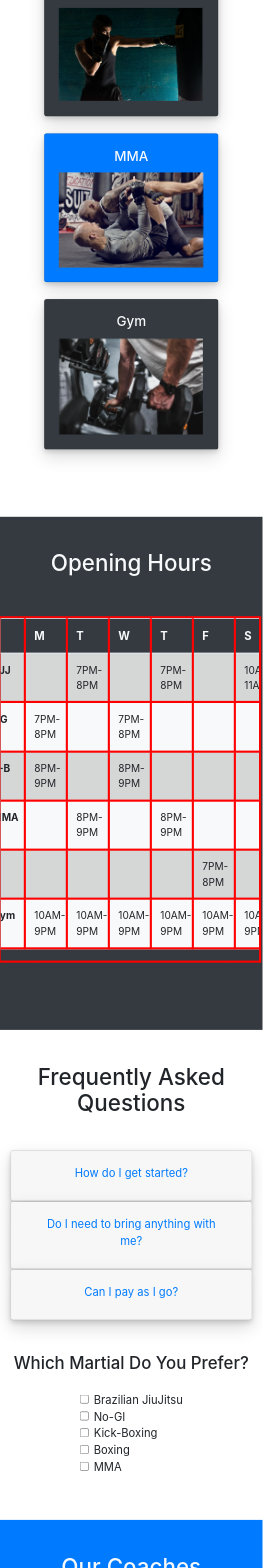
Repository: IonPara/Just-Fight
Page: index.html
The author's editor kept a copy of each file at every save. The page is drawn from the files as they stood at one save, then again after the next save.
The browser window is 375 px wide. The pictures show the part of the page from y = 1515 to 3755 px (the page is 6091 px tall), at 70% of full size.
Some web libraries are served in a nearby version.

Above is the page before, as saved 2023-03-13 16:02:47.

### index.html
<!DOCTYPE html>
<html lang="en">

<head>
  <meta charset="utf-8">
  <meta name="viewport" content="width=device-width, initial-scale=1.0">
  <title>Just Fight</title>
  <link href="./Styles/styles.css" rel="stylesheet" type="text/css">

  <!-- Bootstrap Link -->
  <link rel="stylesheet" href="https://cdn.jsdelivr.net/npm/bootstrap@4.2.1/dist/css/bootstrap.min.css"
    integrity="sha384-GJzZqFGwb1QTTN6wy59ffF1BuGJpLSa9DkKMp0DgiMDm4iYMj70gZWKYbI706tWS" crossorigin="anonymous">
</head>

<body>
  <header>

    <!-- ------------Nav bar ------------------------>
    <nav class="navbar navbar-expand-lg navbar-dark bg-dark fixed-top">
      <div class="container pb-4 mr-5">
        <a class="navbar-brand mt-3" id="brand" href="#"><span class="text-primary">Just </span> Fight</a>
        <button class="navbar-toggler" type="button" data-toggle="collapse" data-target="#navbarSupportedContent"
          aria-controls="navbarSupportedContent" aria-expanded="false" aria-label="Toggle navigation">
          <span class="navbar-toggler-icon"></span>
        </button>
      </div>

      <div class="collapse navbar-collapse" id="navbarSupportedContent">
        <ul class="navbar-nav justify-content-end">
          <li class="nav-item active">
            <a class="nav-link" href="#">Home <span class="sr-only">(current)</span></a>
          </li>
          <li class="nav-item">
            <a class="nav-link" href="#ourClasses">Classes</a>
          </li>
          <li class="nav-item">
            <a class="nav-link" href="#openingHours">Opening</a>
          </li>
          <li class="nav-item">
            <a class="nav-link" href="#coaches">Coaches</a>
          </li>
          <li class="nav-item">
            <a class="nav-link" href="#contact">Contact</a>
          </li>
          <li class="nav-item">
            <a class="nav-link" href="./about.html">About</a>
          </li>
          <li class="nav-item">
            <a class="nav-link" href="./plans.html">Join</a>
          </li>
          <li class="nav-item">
            <a class="nav-link" href="./review.html">Review</a>
          </li>
        </ul>
      </div>
    </nav>
  </header>

  <!-- ------------------------Join Club Top section  --------------- -->
  <section class="text-light pt-5 text-center text-sm-start top-section transition-fade" id="swup">
    <div class="container">
      <div class="d-sm-flex justify-content-between align-items-center">
        <div class="heading-container w-50">
          <h1 class="fight-club text-center font-weight-bold"><span class="text-primary">Just </span>Fight</h1>
          <p class=" md-lead text-left font-italic pt-3">
            All martial arts are really just different paths to the same place, which is total human development.
            <br>
          <p class="text-right">BETH AUSTIN</p>
          <a class="text-white" href="./plans.html" target="_blank" rel="noopener noreferrer">
            <button class="btn btn-lg btn-primary mt-3" id="join">
              Join Our Team
            </button>
          </a>
        </div>
        <img class="img-fluid  w-25 d-none d-sm-block" src="./Images/timothy-eberly-C7ax3RF9FFo-unsplash.jpg"
          alt="Muay Thai">
      </div>
    </div>
  </section>

  <!-- Sign Up section -->
  <div class="bg-primary text-light p-5">
    <div class="container">
      <div class="d-md-flex justify-content-between align-items-center">
        <h3 class="mb3-mb-md-0">
          Sing Up For Our Newsletters
        </h3>
        <div class="input-group mb-3">
          <input type="text" class="form-control newsletter-input" placeholder="Enter Email:"
            aria-label="Recipient's username" aria-describedby="button-addon2">
          <button class="btn  btn-outline-secondary bg-dark text-white" type="button" id="button-addon2">
            Sign Up
          </button>
        </div>
      </div>
    </div>
  </div>

  <!-------------------------------Our Classes Boxes------------ -->
  <section class="p-5 mb-5 classes-container" id="ourClasses">
    <div class="container  text-center text-light boxes">
      <div class="row">
        <div class="col text-dark font-weight-bolder">
          <div class=" h2 pb-4">Join Our Classes</div>
        </div>
      </div>

      <!-- Here we create a row with 3 boxes -->
      <div class="row">

        <div class="col-md ">
          <div class="card bg-primary ">
            <div class="card-body">
              <h3 class="card-title">Brazilian Jiu Jitsu</h3>
              <a href="./about.html">
                <img class=" card-image w-100 d-md-block" src="./Images/bjj.png" alt="Brazilian Jiu Jitsu">
              </a>
            </div>
          </div>
        </div>

        <div class="col-md ">
          <div class="card bg-dark mt-4 m-md-0">
            <div class="card-body">
              <h3 class="card-title">No-Gi</h3>
              <a href="./about.html">
                <img class="card-image w-100 d-md-block" src="./Images/no-gi.png" alt="No-Gi">
              </a>
            </div>
          </div>
        </div>

        <div class="col-md ">
          <div class="card bg-primary mt-4 m-md-0">
            <div class="card-body">
              <h3 class="card-title">Kick Boxing</h3>
              <a href="./about.html">
                <img class=" card-image w-100 d-md-block" src="./Images/kb.png" alt="Kick-boxing">
              </a>
            </div>
          </div>
        </div>
      </div>

      <!-- Here we create second row with 3 boxes -->
      <div class="row pt-4">
        <div class="col-md">
          <div class="card bg-dark mb-4 m-md-0">
            <div class="card-body">
              <h3 class="card-title">Boxing</h3>
              <a href="./about.html">
                <img class="card-image w-100  d-md-block" src="./Images/boxing.png" alt="Brazilian Jiu Jitsu">
              </a>
            </div>
          </div>
        </div>

        <div class="col-md">
          <div class="card bg-primary">
            <div class="card-body">
              <h3 class="card-title">MMA</h3>
              <a href="./about.html">
                <img class="card-image w-100  d-md-block" src="./Images/mma.png" alt="No-Gi">
              </a>
            </div>
          </div>
        </div>

        <div class="col-md">
          <div class="card bg-dark mt-4 m-md-0">
            <div class="card-body">
              <h3 class="card-title">Gym</h3>
              <a href="./about.html">
                <img class="card-image w-100  d-md-block" src="./Images/gym.png" alt="Kick-boxing">
              </a>
            </div>
          </div>
        </div>

      </div>
    </div>
  </section>
  <!----------------------------Table--------------------------------  -->
  <section class="bg-dark  p-5" id="openingHours">
    <h2 class="text-light text-center">Opening Hours</h2>

    <div class="bg-dark py-5">
      <div class=" text-dark d-flex justify-content-center table-container">
        <table class=" table bg-light  table-hover w-75 ">
          <thead class="bg-dark text-light">
            <!-- Here is the top row -->
            <tr class="row-head ">
              <!-- Here on the small screen the day of the week wil be just a letter -->
              <th class="col1 d-none d-md-table-cell" scope="col">Class</th>
              <th class="col2 d-md-none" scope="col">C</th>
              <th class="col2 d-none d-md-table-cell" scope="col">Monday</th>
              <th class="col2 d-md-none" scope="col">M</th>
              <th class="col3 d-none d-md-table-cell" scope="col">Tuesday</th>
              <th class="col3 d-md-none" scope="col">T</th>
              <th class="col3 d-none d-md-table-cell" scope="col">Wednesday</th>
              <th class="col3 d-md-none" scope="col">W</th>
              <th class="col4 d-none d-md-table-cell" scope="col">Thursday</th>
              <th class="col4 d-md-none" scope="col">T</th>
              <th class="col5 d-none d-md-table-cell" scope="col">Friday</th>
              <th class="col5 d-md-none" scope="col">F</th>
              <th class="col6 d-none d-md-table-cell" scope="col">Saturday</th>
              <th class="col6 d-md-none" scope="col">S</th>
            </tr>
          </thead>

          <tbody class="" id="table">
            <!-- Here is the second row -->
            <!-- The first column will change depending on the screen size -->
            <tr class="table-active">
              <th class="d-none d-md-block">Brazilian Jiu Jitsu</th>
              <th class="d-md-none ">BJJ</th>
              <td></td>
              <td>7PM-8PM</td>
              <td></td>
              <td>7PM-8PM</td>
              <td></td>
              <td>10AM-11AM</td>
            </tr>
            <!-- Here is the third row -->
            <!-- The first column will change depending on the screen size -->
            <tr>
              <th class="d-none d-md-block">No-Gi</th>
              <th class="d-md-none ">NG</th>
              <td>7PM-8PM</td>
              <td></td>
              <td>7PM-8PM</td>
              <td></td>
              <td></td>
              <td></td>
            </tr>
            <!-- Here is the forth row -->
            <!-- The first column will change depending on the screen size -->
            <tr class="table-active">
              <th class="d-none d-md-block">Kick-Boxing</th>
              <th class="d-md-none ">K-B</th>
              <td>8PM-9PM</td>
              <td></td>
              <td>8PM-9PM</td>
              <td></td>
              <td></td>
              <td></td>
            </tr>
            <!-- Here is the fifth row -->
            <!-- The first column will change depending on the screen size -->
            <tr>
              <th scope="row">MMA</th>
              <td></td>
              <td>8PM-9PM</td>
              <td></td>
              <td>8PM-9PM</td>
              <td></td>
              <td></td>
            </tr>
            <!-- Here is the sixth row -->
            <!-- The first column will change depending on the screen size -->
            <tr class="table-active">
              <th class="d-none d-md-block">Boxing</th>
              <th class="d-md-none ">B</th>
              <td></td>
              <td></td>
              <td></td>
              <td></td>
              <td>7PM-8PM</td>
              <td></td>
            </tr>
            <!-- Here is the seventh row -->
            <!-- The first column will change depending on the screen size -->
            <tr>
              <th scope="row">Gym</th>
              <td>10AM-9PM</td>
              <td>10AM-9PM</td>
              <td>10AM-9PM</td>
              <td>10AM-9PM</td>
              <td>10AM-9PM</td>
              <td>10AM-9PM</td>
            </tr>
          </tbody>

        </table>
      </div>
    </div>
  </section>

  <!-- Questions -->
  <section class="py-5" id="questions">

    <div class="container">
      <h2 class="text-center mb-5">Frequently Asked Questions</h2>

      <div id="accordion">

        <!-- Here is the first accordion -->
        <!-- Which will collapse when you click on it -->
        <div class="card">
          <div class="card-header">
            <h5 class="text-center">
              <button class="btn btn-link" data-toggle="collapse" data-target="#collapseOne">
                How do I get started?
              </button>
            </h5>
          </div>
          <!-- This is the collapsed section-->
          <div id="collapseOne" class="collapse" data-parent="#accordion">
            <div class="card-body">
              The best way is to attend a session and join in! You will receive a free session on your first visit, this
              will provide you with the opportunity to try a class and get a good insight into the varied training we
              have to offer. You must give us a call, txt or to book in for your free session.
            </div>
          </div>
        </div>
        <!-- Here is the second accordion -->
        <!-- Which will collapse when you click on it -->
        <div class="card">
          <div class="card-header">
            <h5 class="text-center">
              <button class="btn btn-link" data-toggle="collapse" data-target="#collapseTwo">
                Do I need to bring anything with me?
              </button>
            </h5>
          </div>
          <!-- This is the collapsed section-->
          <div id="collapseTwo" class="collapse" data-parent="#accordion">
            <div class="card-body">
              It's a good idea to bring a drink and a sweat towel. Normal training attire is fine, shorts & T-shirt,
              Jogging bottoms and T-shirts are all fine. We train in bare feet. In addition, if you already have items
              such as gloves etc. please feel free to bring them along.
            </div>
          </div>
        </div>
        <!-- Here is the third accordion -->
        <!-- Which will collapse when you click on it -->
        <div class="card">
          <div class="card-header">
            <h5 class="text-center">
              <button class="btn btn-link" data-toggle="collapse" data-target="#collapseThree">
                Can I pay as I go?
              </button>
            </h5>
          </div>
          <!-- This is the collapsed section-->
          <div id="collapseThree" class="collapse" data-parent="#accordion">
            <div class="card-body">
              Our members ALL pay via direct debit. As a members only gym we do not accept ANY cash pay as you go. We
              feel this helps promote regular training and stops bullies from just turning up wanting to "fight".
            </div>
          </div>
        </div>
      </div>
    </div>

    <!-- Radio Button -->
    <div class="radio-btn mt-5 mb-3 ">
      <h4 class="mb-4">Which Martial Do You Prefer?</h4>
      <div>
        <div class="form-check">
          <input class="form-check-input" type="checkbox" value="" id="flexCheck">
          <label class="form-check-label" for="flexCheck">
            Brazilian JiuJitsu
          </label>
        </div>

        <div class="form-check">
          <input class="form-check-input" type="checkbox" value="" id="flexCheck1">
          <label class="form-check-label" for="flexCheck1">
            No-GI
          </label>
        </div>

        <div class="form-check">
          <input class="form-check-input" type="checkbox" value="" id="flexCheck2">
          <label class="form-check-label" for="flexCheck2">
            Kick-Boxing
          </label>
        </div>

        <div class="form-check">
          <input class="form-check-input" type="checkbox" value="" id="flexCheck3">
          <label class="form-check-label" for="flexCheck3">
            Boxing
          </label>
        </div>

        <div class="form-check">
          <input class="form-check-input" type="checkbox" value="" id="flexCheck4">
          <label class="form-check-label" for="flexCheck4">
            MMA
          </label>
        </div>
      </div>
    </div>

  </section>
  <!-- ----------------------------------Coaches--------------------- -->
  <section class="bg-primary text-center" id="coaches">
    <h2 class="text-center text-light pt-5">Our Coaches</h2>
    <div class="container py-5" id="card-coaches">

      <div class="row ">
        <!-- This the first coach -->
        <div class="col-md">
          <div class="card card-body p-5 " id="card">
            <figure class="card-body" id="col-coach">
              <img class="card-image w-100 d-md-block" src="./Images/coach11.png" alt="Coach">
              <figcaption class="card-title lead">Nathan Lawrence</figcaption>
            </figure>
          </div>
        </div>
        <!-- This the second coach -->
        <div class="col-md">
          <div class="card card-body p-5 ">
            <figure class="card-body w-100 " id="col-coach2">
              <img class="card-image w-100  d-md-block" src="./Images/coach22.png" alt="Coach">
              <figcaption class="lead card-title ">Lucy Brown</figcaption>
            </figure>
          </div>
        </div>
        <!-- This the third coach -->
        <div class="col-md ">
          <div class="card card-body p-5 ">
            <figure class="card-body" id="col-coach3">
              <img class="card-image w-100  d-md-block" src="./Images/coach33.png" alt="Coach">
              <figcaption class="card-title lead">Jimmy Crow</figcaption>
            </figure>
          </div>
        </div>
      </div>
    </div>
  </section>

  <!-- ----------------------Contact Info---------------------- -->
  <section class="location" id="contact">
    <h2 class="text-center">Contact Info</h2>

    <div class="container">
      <ul class="list">
        <li>
          <strong>Number: </strong>
          <a href="">555-555-555</a>
        </li>

        <li>
          <strong>Email:</strong>
          <a href="mailto:fightclub@gmail.com" target="_blank">
            <span> fightclub@gmail.com</span>
          </a>
        </li>
        <li> <strong>Adress:</strong> Manchester M14</li>
      </ul>

      <!-- map -->
      <div>
        <a href="https://www.google.com/maps/dir//Manchester/@53.4722454,-2.2234628,12z/data=!4m9!4m8!1m0!1m5!1m1!1s0x487a4d4c5226f5db:0xd9be143804fe6baa!2m2!1d-2.2426305!2d53.4807593!3e0"
          target="_blank" rel="noopener">
          <img class="map" src="./Images/map.png" alt="map">
        </a>
      </div>
    </div>
  </section>

  <!-- Footer -->
  <footer class="bg-dark text-center text-light mt-5">
    <p>Copyright &copy; 2022</p>
  </footer>

  <!-- Bootstrap JavaScript Links -->
  <script src="https://code.jquery.com/jquery-3.3.1.slim.min.js"
    integrity="sha384-q8i/X+965DzO0rT7abK41JStQIAqVgRVzpbzo5smXKp4YfRvH+8abtTE1Pi6jizo"
    crossorigin="anonymous"></script>
  <script src="https://cdn.jsdelivr.net/npm/popper.js@1.14.6/dist/umd/popper.min.js"
    integrity="sha384-wHAiFfRlMFy6i5SRaxvfOCifBUQy1xHdJ/yoi7FRNXMRBu5WHdZYu1hA6ZOblgut"
    crossorigin="anonymous"></script>
  <script src="https://cdn.jsdelivr.net/npm/bootstrap@4.2.1/dist/js/bootstrap.min.js"
    integrity="sha384-B0UglyR+jN6CkvvICOB2joaf5I4l3gm9GU6Hc1og6Ls7i6U/mkkaduKaBhlAXv9k"
    crossorigin="anonymous"></script>
  <script src="https://unpkg.com/swup@latest/dist/swup.min.js"></script>
</body>

</html>

### Styles/styles.css


/*---------------- Top section------------- */
.top-section {
    background-color: black;

}


#brand {
    font-size: 1.5rem;
    font-weight: bolder;
}


#join a:hover, a:visited, a:link {
    text-decoration: wavy;
}

#join:hover {
    background-color: rgb(8, 157, 135);
}

/* Radio button */
.radio-btn {
    width: 100%;
    flex-direction: column;
    display: flex;
    align-items: center;
}

/* ---------------------------Coach------------ */
.container figcaption {
    font-weight: 600;
}

/*------------ Contact Info -----------*/
.location h2 {
    margin-top: 2%;
}

.location .container {
    display: flex;
    justify-content: space-between;
    align-items:center;
    flex-wrap: wrap;
    margin-top: 3%;
}

.list {
    list-style: none;
    font-size: larger;
    font-weight: 400;
    line-height: 2em;
}

.list li {
    border-bottom:1px solid grey;
}

ul a:hover, a:visited, a:link{
    color:black;
    text-decoration: wavy;
}

ul a:hover {
    color:blueviolet;
}

/*  The Map */
.map {
    border-radius: 25%;
}

/* -----------------Cards--------------- */
.card:hover {
    -webkit-transform: scale(0.5);
     transform: scale(1.05);
}

.card {
    box-shadow: 0 10px 25px 0 rgba(0, 0, 0, 0.15), 0 3px 7px 0 rgb(0 0 0 / 15%);
}

.table-container, .classes-container, section {
    overflow-x: hidden;
    min-width: 100%;
}

/* -----------------Footer--------------- */
footer p{
    padding: 5vh 0;
    margin-bottom: 0;
    font-size: larger;
    height: 100px;
}


/* ---------------Media screen----------------- */
@media screen and (max-width:1200px) {
    .boxes h3 {
        font-size: 1.2em;
        white-space:pre-wrap;
    }

}

@media screen and (max-width:1000px) {
    .top-section {
        margin-top: 8%;
    }
}


@media screen and (max-width:768px) {

    .newsletter-input {
        width: 50%;
    }

    #table {
        font-size: 0.9rem;
    }

    .map {
        width: 400px;
    }

    .location .container {
        justify-content: center;
    }
}

@media screen and (max-width:600px) {
    .top-section {
        margin-top: 10%;
        min-width: 100%;
    }

    .fight-club {
        min-width: 100% !important;
        margin-top: 5%;
        margin-left: auto;
    }

    .heading-container {
        min-width: 100% !important;
    }

    #join {
        margin-bottom: 5px;
    }
    .table-container {
        min-width: 100dvw;
        border: solid red !important;
    }

    .table-container {
        margin-right: 100px !important;
        margin-left: -50px;
    }

    td, th {
        border: solid red;
        max-width: 60px;
    }

}

After the next save:
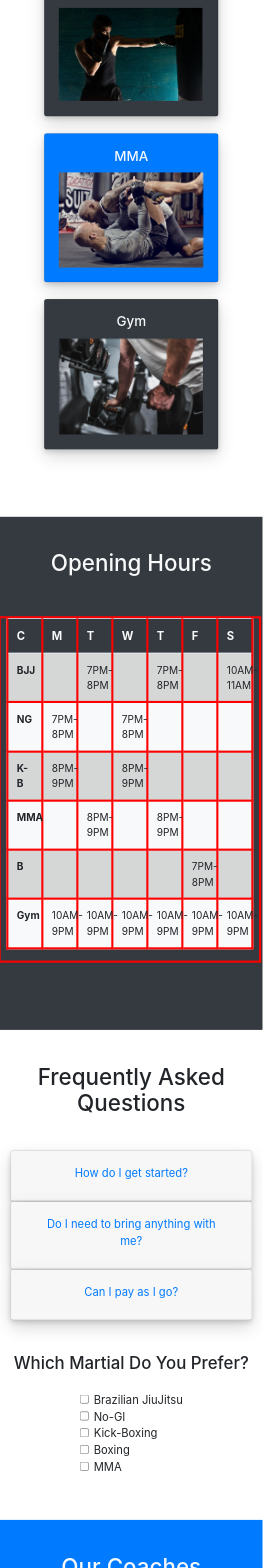
Saved 5 s later.
--- a/Styles/styles.css
+++ b/Styles/styles.css
@@ -162,7 +162,7 @@ footer p{
 
     td, th {
         border: solid red;
-        max-width: 60px;
+        max-width: 50px;
     }
 
 }
